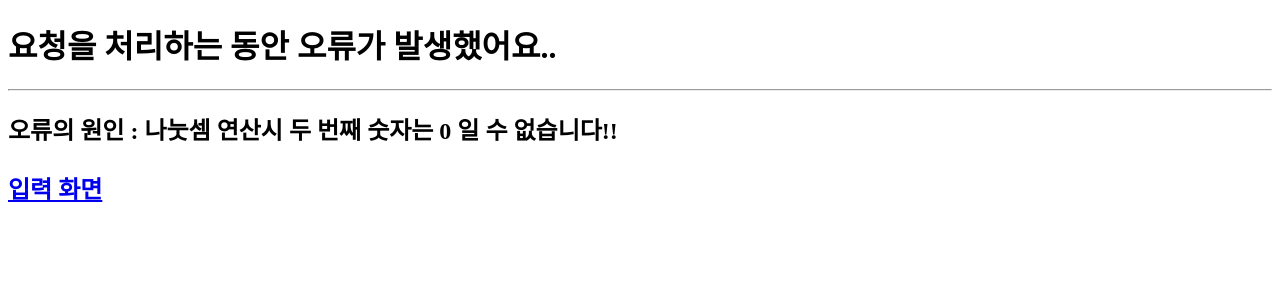
Repository: kdg0109/multicampus_course
Page: http://localhost/mvc/jspexam/errorResult.jsp
The author's editor kept a copy of each file at every save. The page is drawn from the files as they stood at one save, then again after a run of saves.
The browser window is 1280 px wide. The pictures show the whole page.
The page is served by Tomcat 9. Other server files are loaded and not shown.

Above is the page before, as saved 2018-02-09 05:33:54.

### web course/workspace_web/mvc/WebContent/jspexam/errorResult.jsp
<%@ page language="java" contentType="text/html; charset=UTF-8"
    pageEncoding="UTF-8"%>
<!DOCTYPE html>
<html>
<head>
<meta charset="UTF-8">
<title>연산 결과</title>
<style>
	p color {
		color : orange;
	}
</style>
</head>
<body>
	<h1>요청을 처리하는 동안 오류가 발생했어요..</h1>
	<hr>
<h2>오류의 원인 : <color>나눗셈 연산시 두 번째 숫자는 0 일 수 없습니다!!</color></p>
<a	href="/mvc/calcForm.html">입력 화면</a>
</body>
</html>

After the next 2 saves:
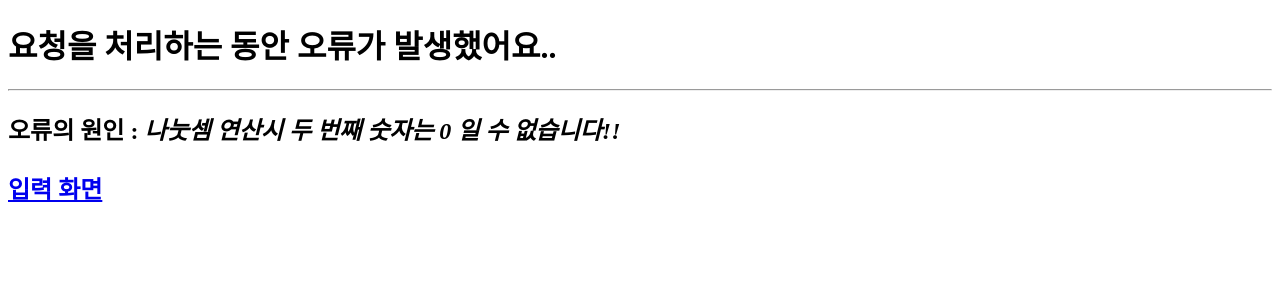
The 2 saves are shown as one change because they came seconds apart.
The last was saved 4 s later.
--- a/web course/workspace_web/mvc/WebContent/jspexam/errorResult.jsp
+++ b/web course/workspace_web/mvc/WebContent/jspexam/errorResult.jsp
@@ -6,7 +6,7 @@
 <meta charset="UTF-8">
 <title>연산 결과</title>
 <style>
-	p color {
+	p em {
 		color : orange;
 	}
 </style>
@@ -14,7 +14,7 @@
 <body>
 	<h1>요청을 처리하는 동안 오류가 발생했어요..</h1>
 	<hr>
-<h2>오류의 원인 : <color>나눗셈 연산시 두 번째 숫자는 0 일 수 없습니다!!</color></p>
+<h2>오류의 원인 : <em>나눗셈 연산시 두 번째 숫자는 0 일 수 없습니다!!</em></p>
 <a	href="/mvc/calcForm.html">입력 화면</a>
 </body>
 </html>
